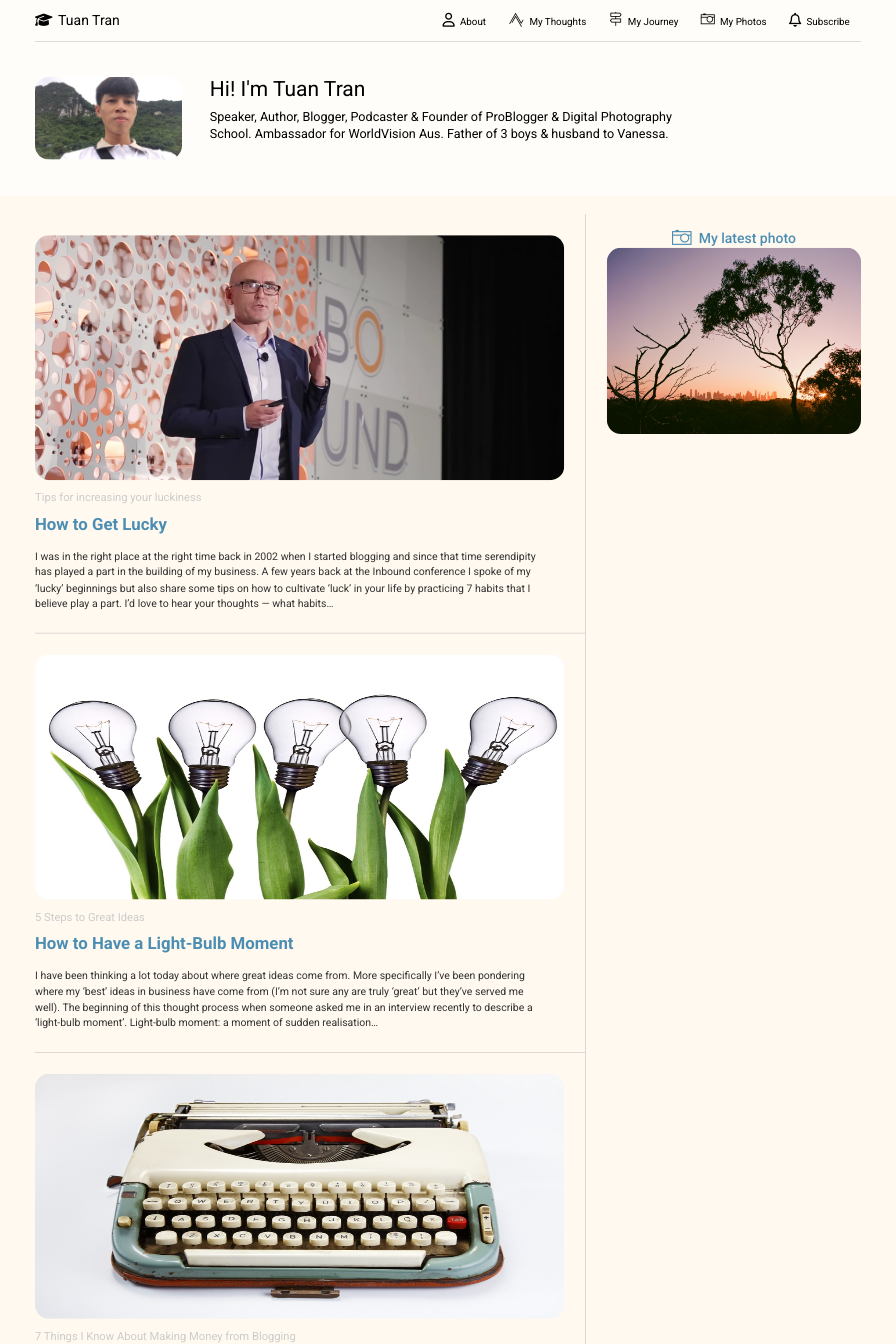
Repository: TranDinhTuann/Blog-Demo
Page: index.html
These files come from the project's save history. The page is drawn as it stood at one moment and after the next save; the edit follows.
The browser window is 1280 px wide. The pictures show the part of the page from y = 0 to 1920 px (the page is 2860 px tall), at 70% of full size.

Above is the page before, as saved 2023-03-22 21:21:04.

### index.html
<!DOCTYPE html>
<html lang="en">
<head>
    <meta charset="UTF-8">
    <meta http-equiv="X-UA-Compatible" content="IE=edge">
    <meta name="viewport" content="width=device-width, initial-scale=1.0">
    <title>Blog của Tuấn</title>
    <link rel="stylesheet" href="./assets/css/base.css">
    <link rel="stylesheet" href="./assets/css/main.css">
    <link rel="stylesheet" href="https://cdnjs.cloudflare.com/ajax/libs/normalize/8.0.1/normalize.min.css">
    <link rel="stylesheet" href="./assets/fonts/fontawesome-free-6.2.1-web/css/all.min.css">
    <link rel="stylesheet" href="./assets/fonts/themify-icons/themify-icons.css">
    <link rel="preconnect" href="https://fonts.googleapis.com"><link rel="preconnect" href="https://fonts.gstatic.com" crossorigin><link href="https://fonts.googleapis.com/css2?family=Roboto:wght@300;400;500;700&display=swap" rel="stylesheet">
</head>
<body>
    <div class="app">
        <div class="header">
            <nav class="navbar">
                <a class="navbar__head">
                    <i class="navbar__head-icon fa-solid fa-graduation-cap"></i>
                    <div class="navbar__name">Tuan Tran</div>
                </a>

                <ul class="navbar__list">
                    <li class="navbar__list-item">
                        <a href="" class="navbar__list-item-link">
                            <i class="navbar__list-item-icon fa-regular fa-user"></i>
                            <span class="navbar__list-item-text">About</span>
                        </a>
                    </li>
                    <li class="navbar__list-item">
                        <a href="" class="navbar__list-item-link">
                            <i class="navbar__list-item-icon fa-brands fa-think-peaks"></i>
                            <span class="navbar__list-item-text">My Thoughts</span>
                        </a>
                    </li>
                    <li class="navbar__list-item">
                        <a href="" class="navbar__list-item-link">
                            <i class="navbar__list-item-icon ti-direction-alt"></i>
                            <span class="navbar__list-item-text">My Journey</span>
                        </a>
                    </li>
                    <li class="navbar__list-item">
                        <a href="" class="navbar__list-item-link">
                            <i class="navbar__list-item-icon ti-camera"></i>
                            <span class="navbar__list-item-text">My Photos</span>
                        </a>
                    </li>
                    <li class="navbar__list-item">
                        <a href="" class="navbar__list-item-link">
                            <i class="navbar__list-item-icon fa-regular fa-bell"></i>
                            <span class="navbar__list-item-text">Subscribe</span>
                        </a>
                    </li>
                </ul>
            </nav>

            <div class="intro">
                <div class="intro__img">
                    <img src="./assets/img/logo.JPG" alt="" class="intro__img-image">
                </div>
                <div class="intro__text">
                    <div class="intro__head">Hi! I'm Tuan Tran </div>
                    <div class="intro__des">Speaker, Author, Blogger, Podcaster & Founder of ProBlogger & Digital Photography School. Ambassador for WorldVision Aus. Father of 3 boys & husband to Vanessa.</div>
                </div>
            </div>
        </div>

        <div class="grid">
            <div class="grid1">
                <div class="content">
                    <div class="columns">
                        <div class="img-human">
                            <img class="img-ong" src="./assets/img/slider/human1.png" alt="">
                        </div>
                        <div class="column-text">
                            <p class="des">Tips for increasing your luckiness</p>
                            <div class="heading">How to Get Lucky</div>
                            <div class="sub-heading">I was in the right place at the right time back in 2002 when I started blogging and since that time serendipity has played a part in the building of my business. A few years back at the Inbound conference I spoke of my ‘lucky’ beginnings but also share some tips on how to cultivate ‘luck’ in your life by practicing 7 habits that I believe play a part. I’d love to hear your thoughts — what habits…</div>
                        </div>
                    </div>
                    <div class="columns">
                        <div class="img-human">
                            <img class="img-ong" src="./assets/img/slider/human2.jpg" alt="">
                        </div>
                        <div class="column-text">
                            <p class="des">5 Steps to Great Ideas</p>
                            <div class="heading">How to Have a Light-Bulb Moment</div>
                            <div class="sub-heading">I have been thinking a lot today about where great ideas come from. More specifically I’ve been pondering where my ‘best’ ideas in business have come from (I’m not sure any are truly ‘great’ but they’ve served me well). The beginning of this thought process when someone asked me in an interview recently to describe a ‘light-bulb moment’. Light-bulb moment: a moment of sudden realisation…</div>
                        </div>
                    </div>
                    <div class="columns">
                        <div class="img-human">
                            <img class="img-ong" src="./assets/img/slider/human3.jpg" alt="">
                        </div>
                        <div class="column-text">
                            <p class="des">7 Things I Know About Making Money from Blogging</p>
                            <div class="heading">Can You REALLY Make Money Blogging?</div>
                            <div class="sub-heading">Can You REALLY Make Money Blogging? 7 Things I Know About Making Money from Blogging Every now and again I am pulled aside at a conference or am emailed and/or tweeted by someone wanting to get the “real” scoop on whether it is possible to make money blogging. Is it really possible to make a living from blogging? Is it just a small number of people making money from blogging? Is it only really…</div>
                        </div>
                    </div>
                    <div class="columns no--border">
                        <div class="img-human">
                            <img class="img-ong" src="./assets/img/slider/human4.png" alt="">
                        </div>
                        <div class="column-text">
                            <p class="des">Writing tips from a professional blogger</p>
                            <div class="heading">20 Quick Tips on Writing Great Blog Posts</div>
                            <div class="sub-heading">Tell your story — it is what makes your content unique Share how you feel — it will take your readers to a deeper place You’ll never please everyone — the sooner you come to peace with this, the better Write about things that matter to you — passion is infectious Inform, Inspire and Interact — aim to do these things every week! Experiment with different styles of writing — it will help you find…</div>
                        </div>
                    </div>
                    <div class="btn-content">
                        <button class="btn-thought">
                            <i class="navbar__list-item-icon fa-brands fa-think-peaks"></i>
                            <span class="my-thoughts">Browser My Thoughts</span>
                        </button>
                    </div>
                </div>

                <div class="sitebar">
                    <div class="row">
                        <div class="row-head">
                            <i class="row-icon ti-camera"></i>
                            <div class="row-heading">My latest photo</div>
                        </div>
                        <div class="row-img">
                            <img src="./assets/img/slider/nature1.jpg" alt="" class="img-nature">
                        </div>
                    </div>

                    <div class="row">

                    </div>
                </div>
            </div>
        </div>

        <footer class="footer">

        </footer>
    </div>
</body>
</html>

### assets/css/base.css
:root {
    --white-color: #fff;
    --black-color: #000;
    --text-color: #333;
    --primary-color: #fff9ef;
    --header-primary-color: rgb(255, 253, 249);
}

* {
    box-sizing: inherit;
}

html {
    /* hack */
    font-size: 62.5%;
    line-height: 1.6rem;
    font-family: 'Roboto', sans-serif;
    box-sizing: border-box;
}

@keyframes fadeIn {
    from{
        opacity: 0;
    }
    to{
        opacity: 1;
    }
}

@keyframes growth {
    from{
        transform: calc(0);
    }
    to{
        transform: calc(1);
    }
}

img{
    width: 100%;
    border-radius: 20px;
}
.img-ong{
    height: 350px;
    display: block;
}
.img-human{
    margin-right: 30px;
    height: 350px;
    display: block;
}
a{
    display: block;
    cursor: pointer;
}

### assets/css/main.css
.app{
    height: 1000px;
    background-color: rgb(255, 253, 249);
}

.header{
    height: 280px;
    margin: 0 50px;
}

.navbar{
    height: 60px;
    border-bottom: 1px solid #ccc;
    display: flex;
    align-items: center;
    justify-content: space-between;
}

.navbar__head-icon {
    font-size: 2rem;
    margin-right: 8px;
}

.navbar__name {
    font-size: 2rem;

}

.navbar__head {
    display: flex;
}

.navbar__head:hover {
    cursor: pointer;
    opacity: 0.5;
}

.navbar__list {
    display: flex;
    list-style: none;
    font-size: 1.4rem;
}

.navbar__list-item {
    padding: 0 16px;
    line-height: 60px;
}

.navbar__list-item:hover {
    cursor: pointer;
    opacity: 0.5;
}

.navbar__list-item-link {
    color: #000;
    text-decoration: none;
}

.navbar__list-item-icon{
    font-size: 2rem;
    padding-right: 4px;
}


.intro {
    display: flex;
    margin-top: 50px;
}

.intro__img {
    width: 30%;
    height: 50px;
}

.intro__img-image {
    width: 100%;
    background-size:cover;
}

.intro__text{
    padding-left: 40px;
}

.intro__head {
    font-size: 3rem;
}

.intro__des {
    font-size: 1.8rem;
    padding: 10px 250px 0 0;
    line-height: 2.4rem;
}


/* Grid */
.grid {
    background-color: rgb(255, 249, 239);
    /* height: 6000px; */
    /* display: flex; */
}
.grid1  {
    margin: 0 50px;
    display: flex;
    padding-top: 26px;
}
.content {
    border-right: 1px solid #ccc;
    /* height: 600px; */
    flex: 2;
}
.columns {
    padding: 30px 0;
    border-bottom: 1px solid #ccc;
    cursor: pointer;
}
.columns.no--border{
    border: none;
}
.sitebar {
    flex: 1;
}

.column-text{
    padding: 0 50px 0 0;
}
.des{
    font-size: 16px;
    color: #ccc;
}
.heading {
    font-size: 24px;
    font-weight: 700;
    color: #4c8eb3;
}
.sub-heading {
    color: #333333;
    font-size: 15px;
    padding-top: 20px;
    line-height: 1.5;
}
.btn-content{
    display: flex;
    align-items: center;
    justify-content: center;
    color: #000;
    padding: 30px 0;
}
.btn-thought {
    padding: 14px 20px;
    display: block;
    background-color: rgb(241, 202, 130);
    outline: none;
    border: none;
    border-radius: 10px;
}
.btn-thought:hover{
    background-color:  rgba(241, 202, 130, 0.6);
}
.my-thoughts{
    font-size: 16px;
}

/* sitebar */
.row{
    margin: 20px 0 30px 30px;
}
.row-head {
    display: flex;
    align-items: center;
    justify-content: center;
    color: #4c8eb3;

}
.row-icon{
    font-size: 28px;
    margin-right: 10px;
}
.row-heading{
    font-size: 20px;
    font-weight: 500;
}



/* footer */
.footer{
    height: 50px;
}

Loaded but not shown: assets/fonts/fontawesome-free-6.2.1-web/css/all.min.css (library); assets/fonts/themify-icons/themify-icons.css (common file)

After the next save:
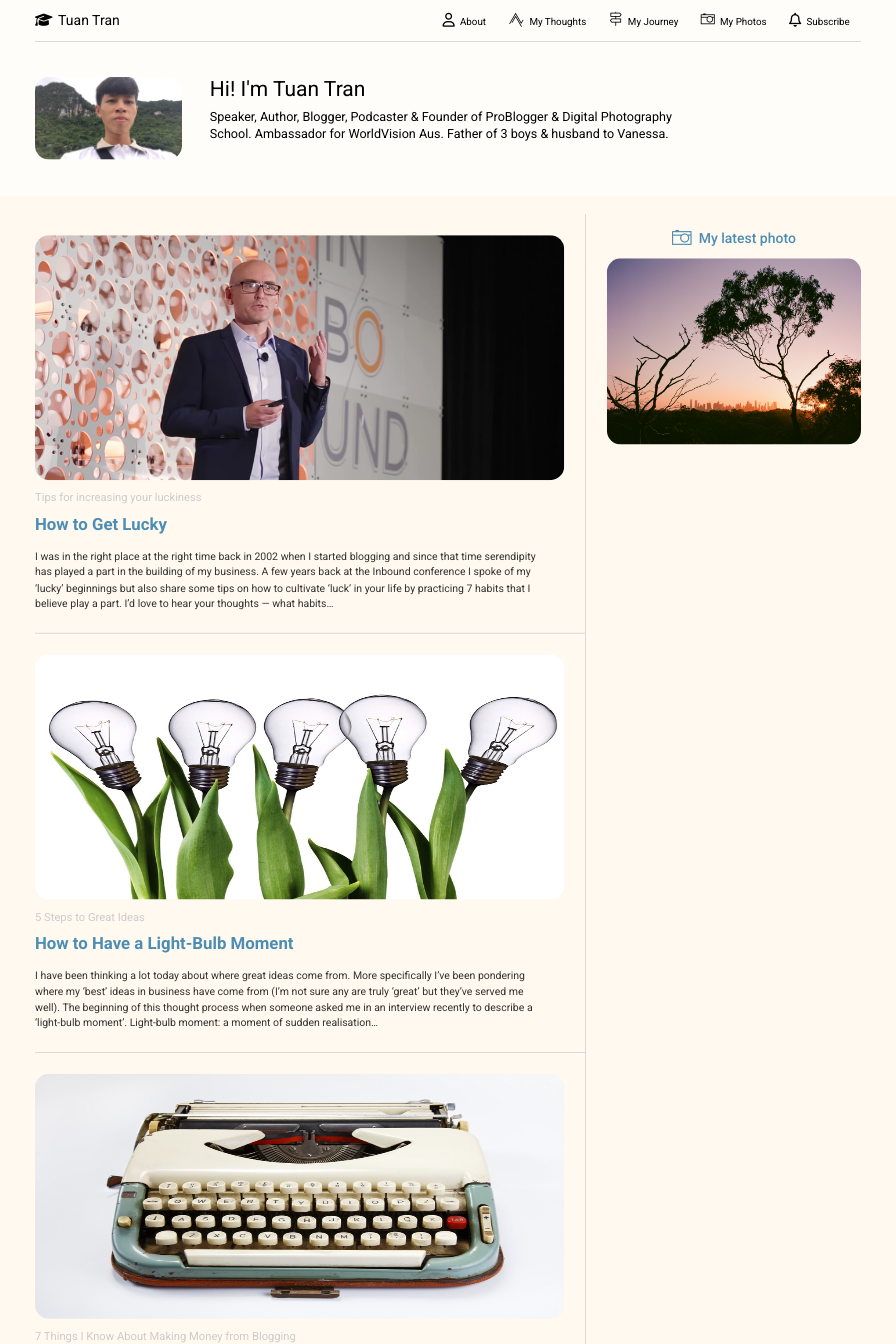
Saved 21 s later.
--- a/assets/css/main.css
+++ b/assets/css/main.css
@@ -169,7 +169,7 @@
     align-items: center;
     justify-content: center;
     color: #4c8eb3;
-
+    padding-bottom: 15px;
 }
 .row-icon{
     font-size: 28px;
